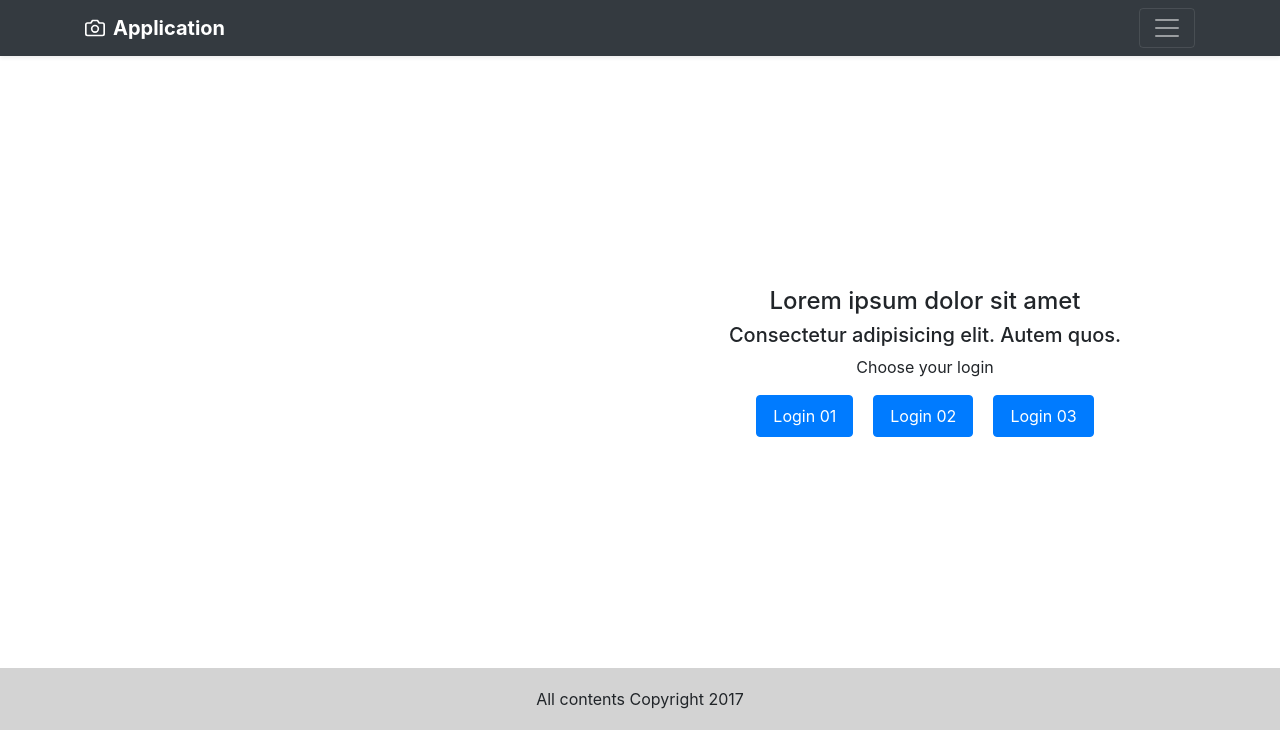
Repository: bijoysen/angular7-landing-login
Page: /
The author's editor kept a copy of each file at every save. The page is drawn from the files as they stood at one save, then again after the next save.
The browser window is 1280 px wide. The pictures show the whole page.
The project was rebuilt for these pictures with package versions that can differ from the ones it lists, and the page was loaded fresh each time. Also part of the build but not shown: angular.json, src/app/pre/login-one/login-one.component.ts, src/app/pre/login-two/login-two.component.ts, src/app/pre/login-three/login-three.component.ts.

Above is the page before, as saved 2018-12-17 19:02:55.

After the next save:
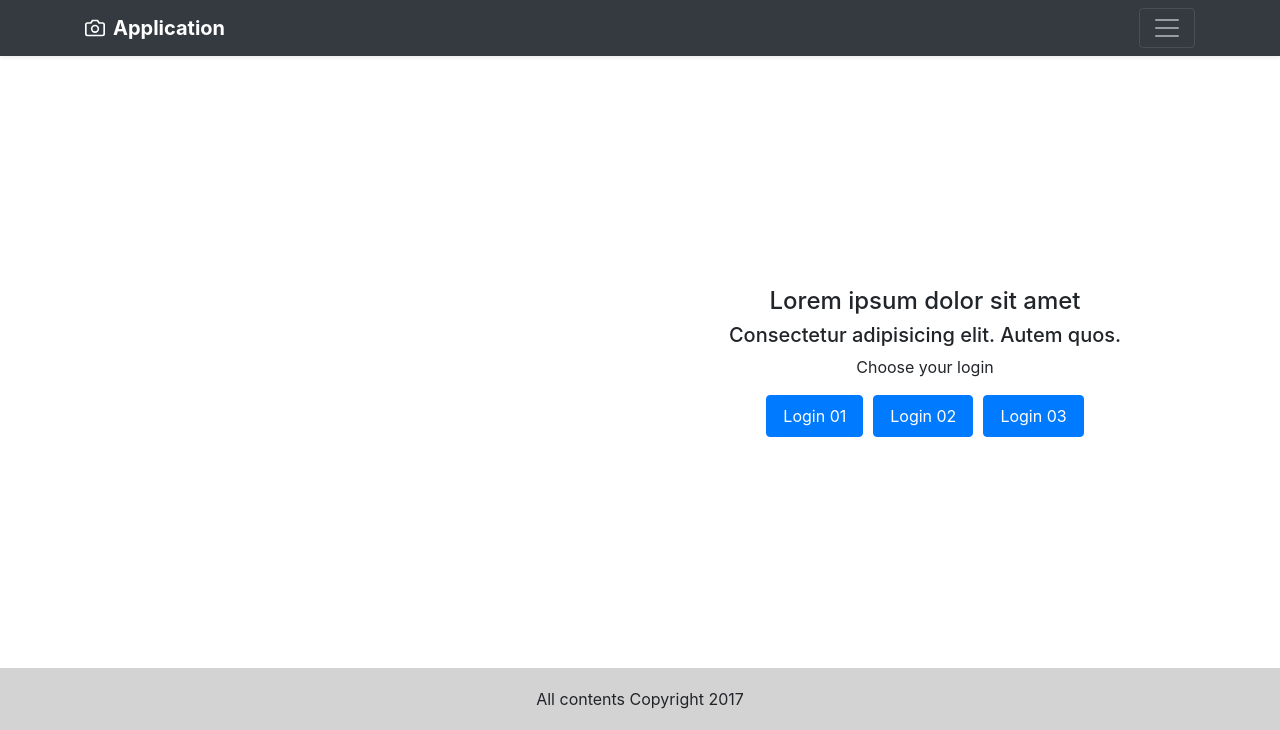
Saved 5 s later.
--- a/src/app/pre/landing/landing.component.scss
+++ b/src/app/pre/landing/landing.component.scss
@@ -4,7 +4,7 @@
     }
     .accountsArea {
         li {
-            margin: 0 10px;
+            margin: 0 5px;
         }
     }
 }
